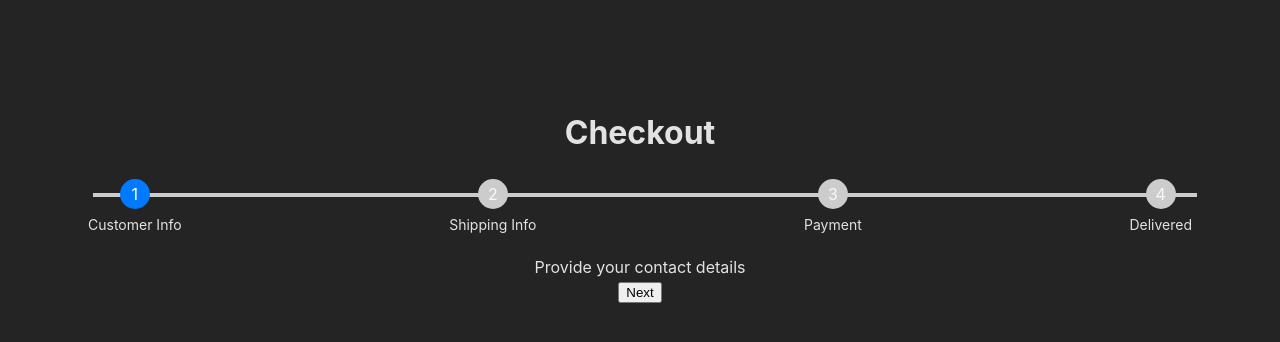
Repository: s-babaeizadeh/stepper-react
Page: /
An editor plug-in stored every save of this project. The page is shown before and after the next save, followed by the edit.
The browser window is 1280 px wide. The pictures show the whole page.
The project was rebuilt for these pictures with package versions that can differ from the ones it lists, and the page was loaded fresh each time. Also part of the build but not shown: vite.config.js.

Above is the page before, as saved 2024-08-10 12:28:39.

### src/App.jsx
import { Component, useState } from "react";

import "./App.css";
import CheckoutSteeper from "./components/CheckoutSteeper";

const CHECKOUT_STEPS = [
  {
    name: "Customer Info",
    Component: () => <div>Provide your contact details</div>,
  },
  {
    name: "Shipping Info",
    Component: () => <div>Enter you shipping address</div>,
  },
  {
    name: "Payment",
    Component: () => <div>Complete payment for your order</div>,
  },
  {
    name: "Delivered",
    Component: () => <div>Your order has been delivered</div>,
  },
];

function App() {
  return (
    <>
      <h1>Checkout</h1>
      <CheckoutSteeper stepsConfig={CHECKOUT_STEPS} />
    </>
  );
}

export default App;

### src/index.css
body {
  font-family: sans-serif;
  font-family: Inter, system-ui, Avenir, Helvetica, Arial, sans-serif;
  line-height: 1.5;
  font-weight: 400;

  color-scheme: light dark;
  color: rgba(255, 255, 255, 0.87);
  background-color: #242424;

  font-synthesis: none;
  text-rendering: optimizeLegibility;
  -webkit-font-smoothing: antialiased;
  -moz-osx-font-smoothing: grayscale;
}

.stepper {
  position: relative;
  display: flex;
  justify-content: space-between;
  align-items: center;
  margin-bottom: 20px;
}

.step {
  display: flex;
  flex-direction: column;
  align-items: center;
}

.step-number {
  width: 30px;
  height: 30px;
  border-radius: 50%;
  background-color: #ccc;
  display: flex;
  justify-content: center;
  align-items: center;
  margin-bottom: 5px;
  z-index: 2;
}

.step-name {
  font-size: 14px;
}

.active .step-number {
  background-color: #007bff;
  color: #fff;
}

.complete .step-number {
  background-color: #28a745;
  color: #fff;
}

.progress-bar {
  position: absolute;
  top: 25%;
  left: 0;
  height: 4px;
  background-color: #ccc;
}

.progress {
  height: 100%;
  background-color: #28a745;
  transition: 0.2s ease;
}

.step-name {
  font-size: 14px;
}

.active .step-number {
  background-color: #007bff;
  color: #fff;
}

.complete .step-number {
  background-color: #28a745;
  color: #fff;
}

.progress-bar {
  position: absolute;
  top: 25%;
  width: 100%;
  left: 0;
  height: 4px;
  background-color: #ccc;
}

.progress {
  height: 100%;
  background-color: #28a745;
  transition: 0.2s ease;
}

### src/App.css
#root {
  /* max-width: 1280px; */
  margin: 0 auto;
  padding: 5rem;
  text-align: center;
}

### src/components/CheckoutSteeper.jsx
/* eslint-disable react/prop-types */

import { useEffect, useRef, useState } from "react";

const CheckoutStepper = ({ stepsConfig = [] }) => {
  const [currentStep, setCurrentStep] = useState(1);
  const [isComplete, setIsComplete] = useState(false);
  const [margins, setMargins] = useState({
    marginLeft: 0,
    marginRight: 0,
  });
  const stepRef = useRef([]);

  useEffect(() => {
    setMargins({
      marginLeft: stepRef.current[0].offsetWidth / 20,
      marginRight: stepRef.current[stepsConfig.length - 1].offsetWidth / 2,
    });
  }, [stepRef, stepsConfig.length]);

  if (!stepsConfig.length) {
    return <></>;
  }

  const handleNext = () => {
    setCurrentStep((prevStep) => {
      if (prevStep === stepsConfig.length) {
        setIsComplete(true);
        return prevStep;
      } else {
        return prevStep + 1;
      }
    });
  };

  const calculateProgressBarWidth = () => {
    return ((currentStep - 1) / (stepsConfig.length - 1)) * 100;
  };

  const ActiveComponent = stepsConfig[currentStep - 1]?.Component;

  return (
    <>
      <div className="stepper">
        {stepsConfig.map((step, index) => {
          return (
            <div
              key={step.name}
              ref={(el) => (stepRef.current[index] = el)}
              className={`step ${
                currentStep > index + 1 || isComplete ? "complete" : ""
              } ${currentStep === index + 1 ? "active" : ""} `}
            >
              <div className="step-number">
                {currentStep > index + 1 || isComplete ? (
                  <span>&#10003;</span>
                ) : (
                  index + 1
                )}
              </div>
              <div className="step-name">{step.name}</div>
            </div>
          );
        })}

        <div
          className="progress-bar"
          style={{
            width: `calc(100%-${margins.marginLeft + margins.marginRight}px)`,
            marginLeft: margins.marginLeft,
            marginRight: margins.marginRight,
          }}
        >
          <div
            className="progress"
            style={{ width: `${calculateProgressBarWidth()}%` }}
          ></div>
        </div>
      </div>

      <ActiveComponent />

      {!isComplete && (
        <button className="btn" onClick={handleNext}>
          {currentStep === stepsConfig.length ? "Finish" : "Next"}
        </button>
      )}
    </>
  );
};

export default CheckoutStepper;

Loaded but not shown: index.html (common file); src/main.jsx (common file)

After the next save:
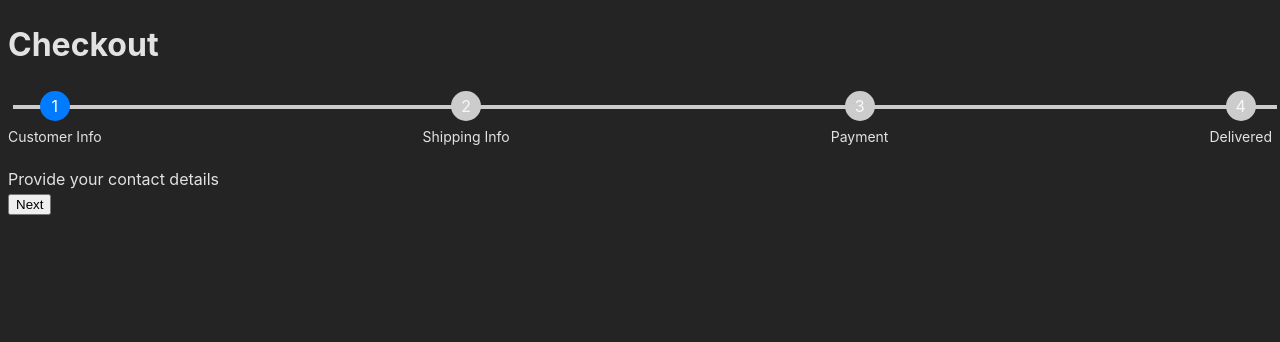
Saved 33 s later.
--- a/src/App.jsx
+++ b/src/App.jsx
@@ -1,6 +1,6 @@
 import { Component, useState } from "react";
 
-import "./App.css";
+// import "./App.css";
 import CheckoutSteeper from "./components/CheckoutSteeper";
 
 const CHECKOUT_STEPS = [

After the save that followed:
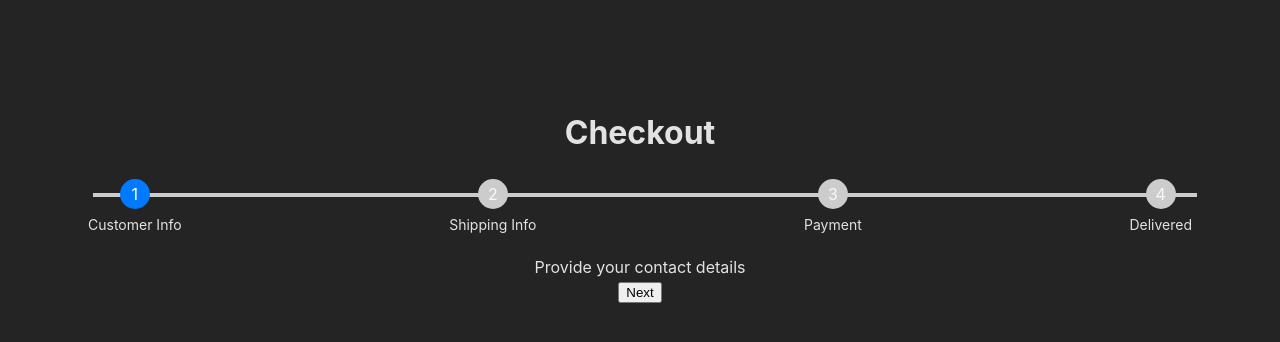
Saved 8 s later.
--- a/src/App.jsx
+++ b/src/App.jsx
@@ -1,6 +1,6 @@
 import { Component, useState } from "react";
 
-// import "./App.css";
+import "./App.css";
 import CheckoutSteeper from "./components/CheckoutSteeper";
 
 const CHECKOUT_STEPS = [
